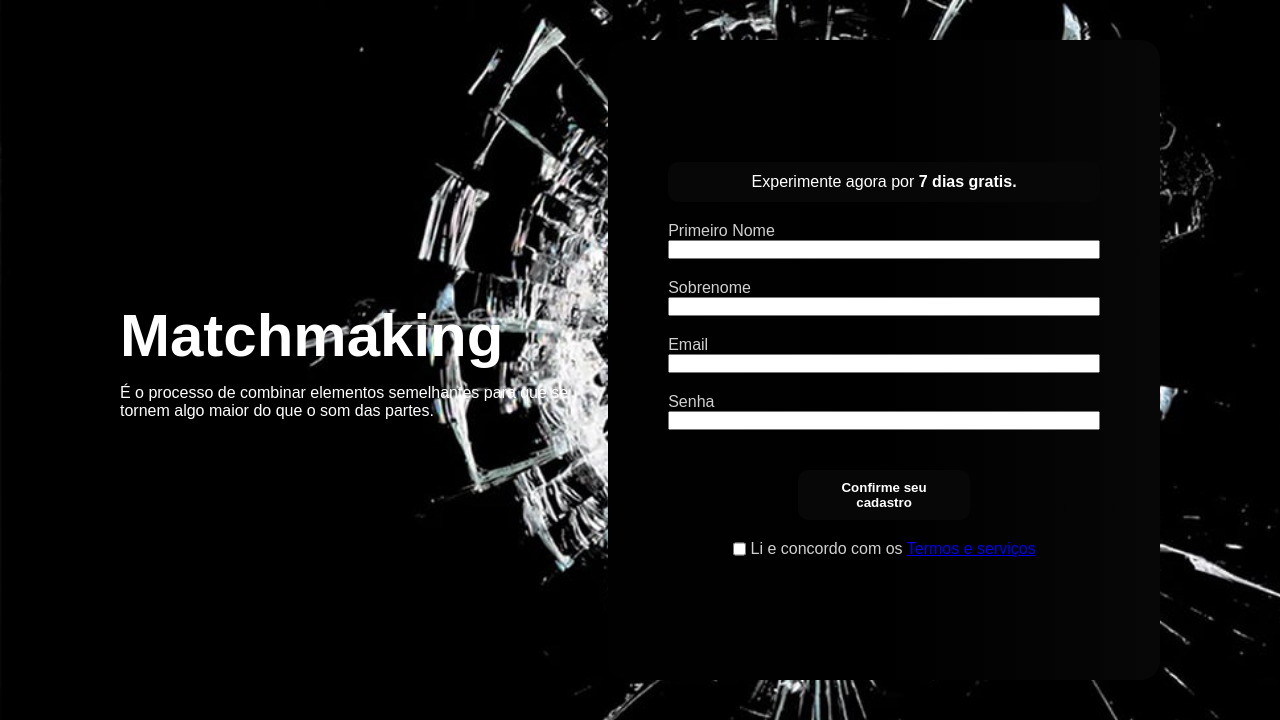
Repository: analessp/tela-login
Page: index.html
These files come from the project's save history. The page is drawn as it stood at one moment and after the next save; the edit follows.
The browser window is 1280 px wide. The pictures show the whole page.
Some web fonts or font styles are not loaded; a fallback is used.

Above is the page before, as saved 2025-04-16 11:46:03.

### index.html
<!DOCTYPE html>
<html lang="pt-br">
  <head>
    <meta charset="UTF-8" />
    <meta name="viewport" content="width=device-width, initial-scale=1.0" />
    <title>Tela de Login</title>
    <link rel="stylesheet" href="style.css" />
    <link rel="preconnect" href="https://fonts.googleapis.com" />
    <link rel="preconnect" href="https://fonts.gstatic.com" crossorigin />
    <link href="https://fonts.googleapis.com/css2?family=Nunito:ital,wght@0,200..1000;1,200..1000&family=Special+Gothic&display=swap" rel="stylesheet" />
  </head>
  <body>
    <main>
      <div class="container-left">
        <h1>Matchmaking</h1>
        <p>É o processo de combinar elementos semelhantes para que se tornem algo maior do que o som das partes.</p>
      </div>
      <div class="container-right">
        <a href="#" class="teste-gratis">
          <p>Experimente agora por <b>7 dias gratis.</b></p>
        </a>
        <div class="forms">
          <form>

            <div>
              <label for="name">
                <p>Primeiro Nome</p>
                <input id="name" type="text" />
              </label>
            </div>

            <div>
                <label for="lastname">
                    <p>Sobrenome</p>
                    <input id="lastname" type="text" />
                </label>
            </div>

            <div>
                <label for="email">
                    <p>Email</p>
                    <input id="email" type="email" />
                </label>
            </div>

            <div>
                <label for="password">
                    <p>Senha</p>
                    <input id="password" type="password" />
                </label>
            </div>

            <button type="submit">
                <p>Confirme seu cadastro</p>
            </button>
            <div class="terms">
                <input type="checkbox">
                <p>
                    Li e concordo com os <a href="#">Termos e serviços</a>
                </p>
            </div>
          </form>
        </div>
      </div>
    </main
  </body>
</html>

### style.css
* {
    margin: 0;
    padding: 0;
    box-sizing: border-box;
    width: 100%;
    font-family: "Special Gothic", sans-serif;
}

main {
    display: flex;
    background-image: url("./assets/background.jpg");
    background-repeat: no-repeat center center;
    background-size: cover;
    display: flex;
    height: 100vh;
    z-index: 0;
    padding: 40px 120px;
}

&::after {
    content: "";
    background: #1e130c;
    position: absolute;
    top: 0;
    left: 0;
    opacity: 0.9;
    width: 100%;
    height: 100%;
    z-index: -1;
}

.container-left {
    color: white;
    display: flex;
    justify-content: center;
    flex-direction: column;
    gap: 14px;
}

.container-left h1 {
    font-size: 60px;

    &:hover::after{
        cursor: pointer;
        content: "";
        position: absolute;
        bottom: 350px;
        left: 120px;
        background-color: #d0d0d0;
        height: 4px;
        width: 420px;
        transition-duration: 800ms;
        animation-name: left-to-right;
        animation-duration: 620ms;
        animation-iteration-count: 1;
        }
}

.container-right {
    background: #080707;
    background: linear-gradient(90deg, rgb(1, 1, 1) 0%, rgb(0, 0, 0) 50%, rgba(8, 7, 7, 1) 100%);
    display: flex;
    flex-direction: column;
    justify-content: center;
    align-items: center;
    padding: 0 60px;
    border-radius: 20px;
}

.teste-gratis {
    display: flex;
    justify-content: center;
    align-items: center;
    text-align: center;
    width: 100%;
    max-width: 460px;
    height: 40px;
    background-color: #080707;
    text-decoration: none;
    color: white;
    border-radius: 10px;
    margin-bottom: 20px;
}

.teste-gratis p{
text-align: center;
}

.forms form{
    display: flex;
    flex-direction: column;
    gap: 20px;
    color: #d0d0d0;
}

.forms button {
    cursor: pointer;
    margin-top: 20px;
    border-radius: 10px;
    padding: 10px 15px;
    background-color: #080707;
    color: #fff;
    width: 40%;
    align-self: center;
    border: 0px;
    box-shadow: 1px 0.2px 0.5px #030303;
    font-weight: 580;
    transition-duration: 500ms;

    &:hover {
        transform: translate(300px)
    }
}

.terms {
    display: flex;
    justify-content: center;
    gap: 5px;
}

.terms input {
    width: fit-content;

}

.terms p{
    width: fit-content;
}

@keyframes left-to-right {
0% {
    width: 0;
}
100% {
    width: 400px;
}
}

After the next save:
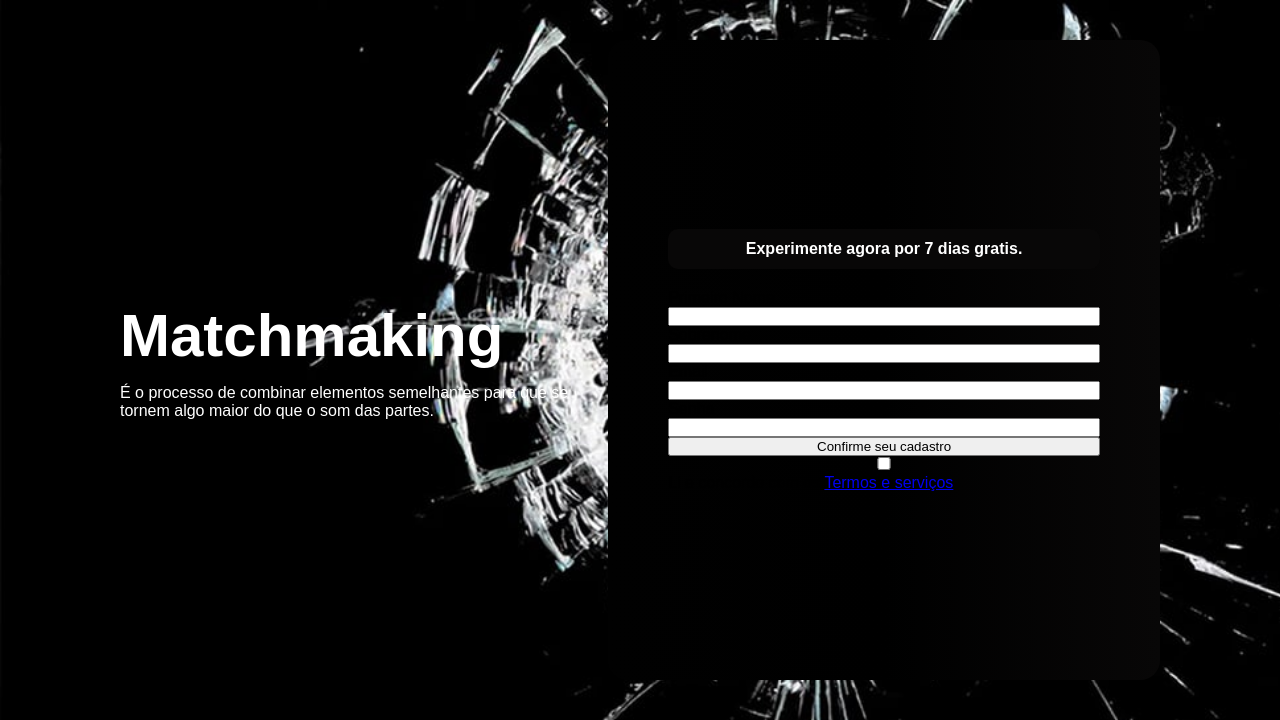
Saved 75 s later.
--- a/style.css
+++ b/style.css
@@ -80,6 +80,11 @@
     color: white;
     border-radius: 10px;
     margin-bottom: 20px;
+    font-weight: 580;
+    transition-duration: 500ms;
+
+    &:hover {
+        transform: translate(300px)
 }
 
 .teste-gratis p{

After the 2 saves that followed:
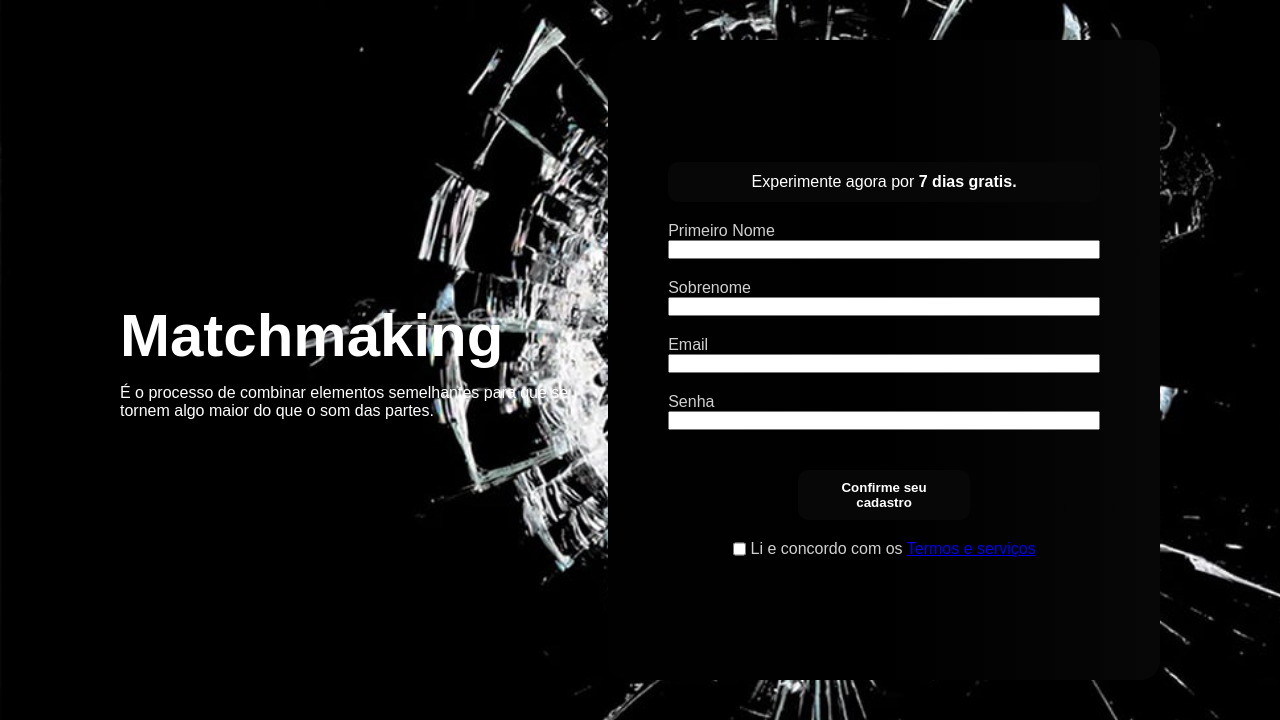
The 2 saves are shown as one change because they came seconds apart.
The last was saved 14 s later.
--- a/style.css
+++ b/style.css
@@ -80,11 +80,7 @@
     color: white;
     border-radius: 10px;
     margin-bottom: 20px;
-    font-weight: 580;
-    transition-duration: 500ms;
 
-    &:hover {
-        transform: translate(300px)
 }
 
 .teste-gratis p{
